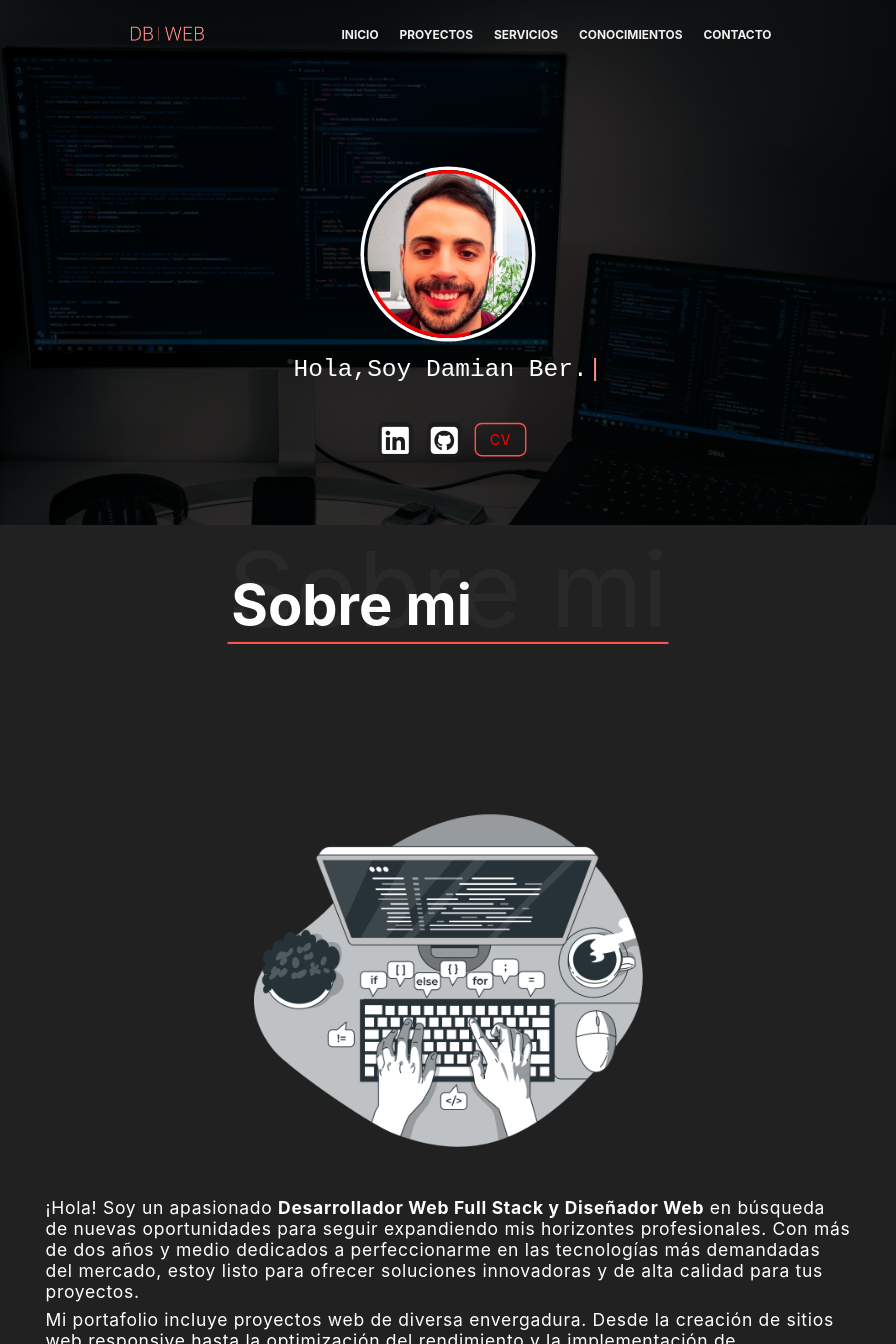
Repository: DamianBermudez94/DB-Porfolio
Page: /
An editor plug-in stored every save of this project. The page is shown before and after the next save, followed by the edit.
The browser window is 1280 px wide. The pictures show the part of the page from y = 0 to 1920 px (the page is 3240 px tall), at 70% of full size.
Backgrounds fixed to the window are drawn as part of the page. Some web libraries are served in a nearby version. The project was rebuilt for these pictures with package versions that can differ from the ones it lists, and the page was loaded fresh each time. Also part of the build but not shown: vite.config.js, src/components/Servicios/styles.css, src/components/Servicios/Service.jsx, src/pages/Servicios.jsx, src/components/Conocimientos/styles.css, src/components/Conocimientos/Conocimientos.jsx, src/pages/AcerdaDe.jsx, src/components/Contacto/styles.css and 7 more.

Above is the page before, as saved 2024-04-01 21:28:04.

### index.html
<!DOCTYPE html>
<html lang="es">
  <head>
    <meta charset="utf-8" />
    <meta name="viewport" content="width=device-width, initial-scale=1" />
    <meta name="geo.position" content="-35.1853171; -59.1479442" />
    <link
      rel="icon"
      type="image/png"
      sizes="32x32"
      href="./public/image/icons-favicon-DB.png"
    />
    <link
      rel="apple-touch-icon"
      type="image/png"
      sizes="32x32"
      href="./public/image/icons-favicon-DB.png"
    />

    <link rel="manifest" href="./src/manifiesto.json" />
    <title>Damián Bermúdez - Developer</title>
    <meta name="author" content="Damián Bermúdez" />
    <meta
      name="description"
      content="Desarrollador Web Full Stack - Diseñador Web - Paginás Web - Damián Bermúdez"
    />
    <meta name="theme-color" content="#000000" />
    <!--Estilos-->
    <script
      src="https://kit.fontawesome.com/bdbed0aafa.js"
      crossorigin="anonymous"
    ></script>
    <link rel="preconnect" href="https://fonts.gstatic.com" />
    <link rel="preconnect" href="https://fonts.gstatic.com" />
    <link rel="preconnect" href="https://fonts.gstatic.com" />
    <link rel="preconnect" href="https://fonts.gstatic.com" />
    <link
      href="https://fonts.googleapis.com/css2?family=Raleway:wght@200;300&family=Roboto:wght@100;300&display=swap"
      rel="stylesheet"
    />
  </head>
  <body>
    <div id="root"></div>
    <script type="module" defer src="/src/main.jsx"></script>
  </body>
</html>

### src/main.jsx
import ReactDOM from "react-dom/client";

import App from "./App";
import "./index.css";
const root = ReactDOM.createRoot(document.getElementById("root"));
root.render(<App />);

### src/App.jsx
import { useState, useEffect } from "react";
import { MisRutas } from "./routers/MisRutas";
import { BrowserRouter } from "react-router-dom";
import backgroundImage from "../public/image/banner-parallax2.jpg";
import "./App.css";
function App() {
  const [scrollPosition, setScrollPosition] = useState(0);

  useEffect(() => {
    const handleScroll = () => {
      setScrollPosition(window.pageYOffset);
    };

    window.addEventListener("scroll", handleScroll);

    return () => {
      window.removeEventListener("scroll", handleScroll);
    };
  }, []);

  return (
    <main className="content-main parallax-container">
      <div
        className="parallax-background"
        style={{
          backgroundImage: `url(${backgroundImage})`,
          backgroundPositionY: scrollPosition / 2 + "px",
        }}
      />
      <div className="parallax-content">
        <BrowserRouter>
          <MisRutas />
        </BrowserRouter>
      </div>
    </main>
  );
}

export default App;

### src/index.css
* {
  margin: 0;
  padding: 0;
  box-sizing: border-box;
}
body {
  font-family: -apple-system, BlinkMacSystemFont, "Segoe UI", "Roboto", "Oxygen",
    "Ubuntu", "Cantarell", "Fira Sans", "Droid Sans", "Helvetica Neue",
    sans-serif;
  -webkit-font-smoothing: antialiased;
  -moz-osx-font-smoothing: grayscale;
}

### src/routers/MisRutas.jsx
import {Routes, Route } from "react-router-dom";

import { Inicio } from "../pages/Inicio";
import { Servicios } from "../pages/Servicios";
import { AcerdaDe } from "../pages/AcerdaDe";
import { Contacto } from "../pages/contacto";
import { Proyectos } from "../pages/Proyecto";
import { Error } from "../components/Error";
import { NavHeader } from "../components/header/NavHeader";
import { Footer } from "../components/Footer/Footer";

export const MisRutas = () => {
  return (
    <div className="layout">
      {/*Header y navegacion*/}
      <NavHeader />
      {/*Contenido general*/}

      <Routes>
        <Route path="/" element={<Inicio />} />
        <Route path="/inicio" element={<Inicio />} />
        <Route path="/servicios" element={<Servicios />} />
        <Route path="/conocimientos" element={<AcerdaDe />} />
        <Route path="/contacto" element={<Contacto />} />
        <Route path="/proyecto" element={<Proyectos />} />
        <Route path="*" element={<Error />} />
      </Routes>

      {/* Footer*/}
      <Footer />
    </div>
  );
};

### src/App.css
.parallax-container {
  position: relative;
  overflow: hidden;
  color: #fff;


}
.parallax-background {
  position: absolute;
  top: 0;
  left: 0;
  width: 100%;
  height: 100%;
  background-size: cover;
  background-position: center;
  background-attachment: fixed;

}
.parallax-content {
 /* Agregamos una transición para suavizar la animación */
  padding-top: 150px;
  background-color: rgba(0, 0, 0, 0.8);
  position: relative;
  z-index: 1; /* Asegura que el contenido esté sobre la imagen de fondo */
}

### src/pages/Inicio.jsx
import { Home } from "../components/Home/Home";
export const Inicio = () => {
  return (
    <section>
      <Home />
    </section>
  );
};

### src/components/Footer/Footer.jsx

import './Footer.css'
export const Footer = () => {
  return (
    <footer className="footer">
      <div className="contenedor-footer container">
          <div className="footer-redes__sociales">
              <a href="https://www.facebook.com" className="link-redes_sociales" ><i className="fab fa-facebook facebook"></i></a>
              <a href="https://www.instagram.com" className="link-redes_sociales" ><i className="fab fa-instagram instagran"></i></a>
              <a href="https://www.linkedin.com" className="link-redes_sociales" ><i className="fab fa-linkedin linkedin"></i></a>
              <a href="https:/www.github.com" className="link-redes_sociales" ><i className="fab fa-github-square github"></i></a>
          </div>
          <hr className='footer-linea__separacion' />
          <div className="footer-text">
              <p className="title-copy">Hecho por<a className="title-footer" href="https://damianbermudezdev.es/">DB|WEB</a></p>
          </div>
      </div>
    </footer>
  )
}

### src/components/header/NavHeader.css
.header {
  height: 80px;
  width: 100%;
  max-width: 1200px;
  display: flex;
  justify-content: space-around;
  align-items: center;
  position: fixed;
  top: 0;
  right: 0;
  left: 0;
  z-index: 1000;
  padding: 50px 20px;
margin: 0 auto;
  transition: background-color 0.5s ease;
}

/* Cambiar el fondo al hacer scroll */
.header.scrolled {
  background-color: rgba(83, 83, 83, 0.9);
  border-radius: 10px;
  display: flex;
  justify-content: center;
  align-items: center;
  position: fixed;

  margin: 0 auto;
}

.nav-content {
  width: 90%;
  height: 80px;
  margin: 0 auto;
  display: flex;
  justify-content: space-around;
  padding: 5px;
  align-items: center;
}
.header .logo img {
  width: 150px;
  height: 100px;
  object-fit: cover;
}

.header nav ul {
  display: flex;
  justify-content: center;
  align-items: center;
  list-style: none;
}
.header li {
  text-decoration: none;
  text-transform: uppercase;
  font-size: 17px;
  font-weight: bold;
  margin: 15px;
}
.header li a {
  text-decoration: none;
  transition: all 300ms;
  color: #f1f1f1;
}
.header .active,
.header a:hover {
  color: rgb(255, 80, 80);
}

.header .btn-menu {
  display: none;
}
@media screen and (max-width: 960px) {
  .header {
    max-width: 900px;
  }

  .header .logo img {
    width: 200px;
    height: 150px;
  }

  .menu {
    list-style-type: none;
    margin: 0;
    padding: 0;
    transform: translateY(-100%);
    transition: transform 0.5s ease-in-out;
    position: fixed;
    top: 150px;
    left: 0%;
    width: 100%;
    height: 100vh;
    width: 100%;
    display: flex;
    flex-direction: column;
    align-items: center;
    justify-content: center;
    height: 0;
    overflow: hidden;
    background-color: rgba(255, 255, 255, 0);
    backdrop-filter: blur(19px);
  }

  .menu.active {
    transform: translateY(0);
    width: 100%;
    height: 100vh;
    bottom: 10px;
    display: block;
    margin: 0 auto;
  }

  .menu ul {
    flex-direction: column;
    align-items: center;
    justify-content: center;
  }

  .menu li {
    width: 100%;
    margin: 10px auto;
    border-bottom: 1px solid rgb(255, 1, 1);
    margin: 10px 0;
    transform: translateY(-50px);
    opacity: 0;
    transition: transform 0.5s ease, opacity 0.5s ease;
  }
  .menu.active li {
    transform: translateY(0);
    opacity: 1;
    padding: 10px;
  }
  .menu a {
    text-decoration: none;
    color: #fff;
    font-size: 20px;
    transition: color 0.3s;
  }
  .menu a:hover {
    color: #ffd700;
  }
}
@media screen and (max-width: 480px) {
  .header {
    padding: 50px;

  }
  .header .logo img {
    width: 150px;
    height: 100px;
  }
}

### src/components/header/burgerButton.jsx
/* eslint-disable react/prop-types */

import styled from "styled-components";

function BurguerButton(props) {
  return (
    <Burguer>
      <div
        onClick={props.handleClick}
        className={`btn-menu nav-icon-5 ${props.clicked ? "open" : ""}`}
      >
        <span></span>
        <span></span>
        <span></span>
      </div>
    </Burguer>
  );
}

export default BurguerButton;

const Burguer = styled.div`
  /* nav-icon-5 */
  .nav-icon-5 {
    width: 35px;
    height: 30px;
    position: relative;
    cursor: pointer;
    display: flex;
    margin: 25px auto;
  }
  .nav-icon-5 span {
    background-color: #fff;
    position: absolute;
    border-radius: 2px;
    transition: 0.3s cubic-bezier(0.8, 0.5, 0.2, 1.4);
    width: 100%;
    height: 4px;
    transition-duration: 500ms;
  }
  .nav-icon-5 span:nth-child(1) {
    top: 0px;
    left: 0px;
  }
  .nav-icon-5 span:nth-child(2) {
    top: 13px;
    left: 0px;
    opacity: 1;
  }
  .nav-icon-5 span:nth-child(3) {
    bottom: 0px;
    left: 0px;
  }
  .nav-icon-5:not(.open):hover span:nth-child(1) {
    transform: rotate(-3deg) scaleY(1.1);
  }
  .nav-icon-5:not(.open):hover span:nth-child(2) {
    transform: rotate(3deg) scaleY(1.1);
  }
  .nav-icon-5:not(.open):hover span:nth-child(3) {
    transform: rotate(-4deg) scaleY(1.1);
  }
  .nav-icon-5.open span:nth-child(1) {
    transform: rotate(45deg);
    top: 13px;
  }
  .nav-icon-5.open span:nth-child(2) {
    opacity: 0;
  }
  .nav-icon-5.open span:nth-child(3) {
    transform: rotate(-45deg);
    top: 13px;
  }
  @media screen and (min-width: 960px) {
    .btn-menu {
      display: none;
    }
  }
`;

### src/components/Footer/Footer.css
.footer {
  min-height: 120px;
  line-height: 7px;
  text-align: center;
  font-size: 22px;
  padding: 45px;
  background-color: #212121;
}

.contenedor-footer {
  display: flex;
  flex-direction: column;
  justify-content: center;
  align-content: center;
  margin: 0 auto;
  padding: 20px;
}
.footer-text {
  display: flex;
  justify-content: center;
  align-items: center;
  padding: 10px;
  margin-top: 20px;
}
.title-copy {
  text-align: center;
  font-size: 26px;
  font-weight: 300;
}
.title-footer {
  text-decoration: none;
  color: rgb(252, 136, 136);
  margin-left: 5px;
}
.footer-linea__separacion{
  height: 1px;
  width: 100%;
  max-width: 700px;
  margin: 0 auto;


}
body.dark .title-copy {
  color: #f1f1f1;
}

.footer-redes__sociales {
  display: flex;
  justify-content: center;
  align-items: center;
  text-align: center;
  margin-bottom: 10px;
}
.link-redes_sociales {
  text-decoration: none;
  width: 50px;
  height: 50px;
  margin: 10px;
  color: rgb(255, 255, 255);
  background-color: rgb(28, 28, 28);
  border-radius: 10px;
  text-align: center;
  position: relative;
  transition: transform 0.4s;
  font-size: 26px;
  padding: 4px;
}
.link-redes_sociales:hover {
  transform: rotate(45deg);
}
.link-redes_sociales::before {
  content: "";
  position: absolute;
  width: 100%;
  height: 100%;
  opacity: 0;
  background-color: #373737;
  border-radius: 10px;
  transition: opacity 0.2s;
}
.link-redes_sociales:hover::before {
  opacity: 0.4;
}
.link-redes_sociales:nth-child(1)::before {
  background-color: rgb(255, 80, 80);
}
.link-redes_sociales:nth-child(2)::before {
  background-color: rgb(255, 80, 80);
}
.link-redes_sociales:nth-child(3)::before {
  background-color: rgb(255, 80, 80);
}
.link-redes_sociales:nth-child(4)::before {
  background-color: rgb(255, 80, 80);
}

.link-redes_sociales:hover::before {
  transform: translate(-4px, -4px);
  filter: blur(10px);
}

.link-redes_sociales i {
  font-size: 1.7em;
  transition: all 0.4s;
}
.link-redes_sociales:hover i {
  color: #f1f1f1;
  transform: rotate(-45deg);
}

body.dark .redes-sociales i {
  color: #f1f1f1;
}

### src/components/TextoCustom/CustomText.jsx
/* eslint-disable react/prop-types */
import  { useState, useEffect } from 'react';
import './styles.css';

const CustomText = ({ words, typingDelay = 200, changingDelay = 3000 }) => {
  const [index, setIndex] = useState(0);
  const [subIndex, setSubIndex] = useState(0);
  const [reverse, setReverse] = useState(false);

  // Efecto para manejar la escritura y eliminación de las palabras
  useEffect(() => {
    if (subIndex === words[index].length + 1 && !reverse) {
      setReverse(true);
      return;
    }

    if (subIndex === 0 && reverse) {
      setReverse(false);
      setIndex((prev) => (prev + 1) % words.length);
      return;
    }

    const timeout = setTimeout(() => {
      setSubIndex((prev) => prev + (reverse ? -1 : 1));
    }, typingDelay);

    return () => clearTimeout(timeout);
  }, [subIndex, index, reverse]);

  // Efecto para cambiar la palabra después de un cierto tiempo
  useEffect(() => {
    if (!reverse) {
      return;
    }

    const timeout = setTimeout(() => {
      setReverse(false);
      setIndex((prev) => (prev + 1) % words.length);
    }, changingDelay);

    return () => clearTimeout(timeout);
  }, [reverse]);

  return (
    <div className="typewriter">
      <span>{`${words[index].substring(0, subIndex)}${reverse ? '.' : ' '}`}</span>
    </div>
  );
};

export default CustomText;

### src/components/Home/styles.css
/**Estilos Home- Principal**/

.home-welcome {
  width: 100%;
  height: 600px;
  display: flex;
  flex-direction: column;
  justify-content: space-around;
  align-items: center;
  padding: 20px;
}
.container-home {
  width: 100%;
}
.container-home img {
  display: flex;
  justify-content: center;
  width: 250px;
  height: 250px;
  padding: 5px;
  margin: 0 auto;
  position: relative;
  border: solid 5px transparent;
}
.container-home figure {
  display: flex;
  justify-content: center;
  width: 250px;
  height: 250px;
  padding: 5px;
  margin: 0 auto;
  position: relative;
  border: 5px solid;
  border-radius: 50%;
  place-content: center;
  place-items: center;
  overflow: hidden;
}
.container-home figure::before {
  content: "";
  position: absolute;
  width: 150px;
  background-image: linear-gradient(360deg, rgb(241, 0, 0), rgb(255, 0, 0));
  height: 130%;
  animation: rotBGimg 3s linear infinite;
  transition: all 0.2s linear;
}

@keyframes rotBGimg {
  from {
    transform: rotate(0deg);
  }

  to {
    transform: rotate(360deg);
  }
}

.container-redes_inicio {
  display: block;
  padding-top: 25px;
  display: flex;
  align-items: center;
  justify-content: center;
}

.btn-cv {
  max-width: 100px;
  text-decoration: none;
  display: flex;
  justify-content: center;
  font-size: 20px;
  cursor: pointer;
  letter-spacing: 1px;
  color: rgb(255, 0, 0);
  background-color: transparent;
  outline: 2px solid rgb(255, 80, 80);
  border: none;
  border-radius: 8px;
  padding: 10px 20px;
  margin-left: 10px;
  position: relative;
  top: 0px;
  overflow: hidden;
  transition: color 1s;
}

.btn-cv:hover {
  color: #ffffff;
  z-index: 1;
}

.btn-cv::before {
  content: "";
  position: absolute;
  top: 0;
  left: -50px;
  width: 250%;
  height: 100%;
  background-color: rgba(255, 85, 85, 0.5);
  border: none;
  outline: 3px solid rgb(0, 0, 0);
  transform: scaleX(0) skewX(35deg);
  transform-origin: left;
  z-index: -1;
  transition: transform 1s;
}

.btn-cv:hover::before {
  transform: scaleX(1) skewX(35deg);
}
.content-proyectos__inicio {
  display: flex;
  justify-content: center;
  align-items: center;
  flex-direction: column;
  padding: 50px;
}

.content-proyectos__inicio h2 {
  margin-bottom: 80px;
  font-size: 40px;
  text-align: center;
}
@media (max-width: 960px) {
  .home .title-welcome .title-custom {
    width: 100%;
  }
  .title-welcome span {
    width: 100%;
  }
}

@media (max-width: 670px) {
  .title-welcome {
    margin-left: 20px;
  }
  .container-redes_inicio {
    padding: 5px;
    margin-left: 0px;
  }
}
@media (max-width: 480px) {
  .title-welcome {
    margin-left: 20px;
  }
  .container-redes_inicio {
    padding: 5px;
    margin-left: 0px;
  }
  .container-redes_inicio {
    flex-wrap: wrap;
  }
}

/**Estilos section Sobre mi**/
.section-me {
  padding: 60px;
  margin: 0 auto;
  display: flex;
  flex-direction: column;
  justify-content: center;
  align-items: center;
  background-color: #212121;
}

.section-me .title-sobre__me {
  margin: 0;
  padding: 5px;
  font-size: 80px;
  color: rgb(255, 255, 255);
  border-bottom: 3px solid rgb(255, 80, 80);
}
.section-me .sub-title {
  position: relative;
  opacity: 0.04;
  font-size: 150px;
  top: -170px;
  right: 0;
  color: rgb(253, 214, 214);
  overflow: hidden;
}
.container-me {
  width: 100%;
  display: grid;
  grid-template-columns: repeat(2, 1fr);

  justify-content: center;
  align-items: center;
  margin: 0 auto;
}
.container-me li {
  list-style: none;
}

.section-me figure {
  margin: 0 auto;
  width: 600px;
}

.container-me img {
  width: 100%;
  max-width: 600px;
  margin: 0 auto;
}
.section-me ul {
  display: grid;
  grid-template-rows: repeat(2, 1fr);
  justify-content: center;
}
.section-me p {
  margin: 0 auto;
  padding: 5px;
  font-size: 25px;
  letter-spacing: 1px;
  overflow: hidden;
}
.section-me ul li span {
  font-size: 80px;
}

.container-me .enlace-contacto {
  width: 300px;
  text-decoration: none;
  color: #fa9484;
  position: relative;
  display: grid;
  grid-column: span 2;
  padding: 15px;
  margin: 50px auto 50px;
  text-align: center;
  opacity: 1;
}

.enlace-contacto {
  position: relative;
  display: inline-block;
  padding: 12px 24px;
  border: none;
  font-size: 16px;
  background-color: inherit;
  border-radius: 100px;
  font-weight: 600;
  color: #ffffff40;
  box-shadow: 0 0 0 2px #ffffff20;
  cursor: pointer;
  overflow: hidden;
  transition: all 0.6s cubic-bezier(0.23, 1, 0.32, 1);
}

.enlace-contacto span:last-child {
  position: absolute;
  top: 50%;
  left: 50%;
  transform: translate(-50%, -50%);
  width: 20px;
  height: 20px;
  background-color: rgb(252, 98, 98);
  border-radius: 50%;
  opacity: 0;
  transition: all 0.8s cubic-bezier(0.23, 1, 0.32, 1);
}

.enlace-contacto span:first-child {
  width: 100%;
  position: relative;
  z-index: 1;
  font-size: 20px;
}

.enlace-contacto:hover {
  box-shadow: 0 0 0 5px #f3212160;
  color: #ffffff;
}

.enlace-contacto:active {
  scale: 0.95;
}

.enlace-contacto:hover span:last-child {
  width: 100%;
  height: 200px;
  opacity: 1;
}

.square {
	position: absolute;
	top: 50%;
	left: 50%;
	transform: translate(-50%, -50%);
	width: 50px;
	height: 50px;
	background: linear-gradient(#f70000, #757575);
	z-index: 2;
}

.circle {
	position: absolute;
	top: 50%;
	left: 50%;
	transform: translate(-50%, -50%);
	width: 50px;
	height: 50px;
	background: #d91c1c;
	border-radius: 50%;
}

.triangle {
	position: absolute;
	top: 50%;
	left: 50%;
	transform: translate(-50%, -50%);
	width: 50px;
	height: 50px;
	background: #f5f5f5;
	clip-path: polygon(50% 0%, 0% 100%, 100% 100%);
	-webkit-clip-path: polygon(50% 0%, 0% 100%, 100% 100%);
}

@media (max-width: 1280px) {
  .section-me div {
    display: block;
  }
}

@media (max-width: 780px) {
  .section-me {
    padding: 20px;
  }
  .section-me ul {
    text-align: center;
  }
  .section-me ul li span {
    font-size: 80px;
  }
  .section-me figure {
    max-width: 300px;
  }
  .section-me img {
    width: 300px;
    height: 300px;
  }
  .section-me .title-sobre__me {
    font-size: 45px;
  }
  .section-me .sub-title {
    font-size: 100px;
    top: -110px;
  }
}
@media (max-width: 480px) {
  .section-me .title-sobre__me {
    margin-top: 50px;
    font-size: 45px;
  }
  .section-me .sub-title {
    font-size: 80px;
    top: -100px;
  }
}

/**--Seccion motivos--**/

.article-section__motivos {
  width: 100%;
  padding: 50px;
  border-radius: 10px;
  margin: 50px auto;
  display: grid;
  grid-template-columns: repeat(3, 1fr);
  gap: 20px;
}

.article-section__motivos h2 {
  grid-column: span 3;
  text-align: center;
  margin-bottom: 50px;
  font-size: 60px;
}

.article-section__motivos article {
  display: flex;
  justify-content: center;
  align-items: center;
  flex-direction: column;
  margin-bottom: 20px;
  width: 300px;
  height: 400px;
  background-color: #212121;
  border-radius: 30px 0px 30px 0px;
  padding: 10px;
  margin: 0 auto;
}

.article-section__motivos h3 {
  font-size: 2.5em;
  margin-bottom: 10px;
  text-align: center;
  font-weight: bold;
}

.article-section__motivos p {
  line-height: 1.5;
  padding: 5px;
}

### src/components/TextoCustom/styles.css
.typewriter span {

    display: flex;
    align-items: center;
    justify-content: center;
    font-size: 35px;
    font-family: monospace;
    overflow: hidden;
    white-space: nowrap;
    padding: 20px;
  }

  .typewriter span:after {
    content: '|';
    animation: blink-caret .75s step-end infinite;
    color: #fa9484;
  }

  @keyframes blink-caret {
    from, to { border-color: transparent }
    50% { border-color: black }
  }

  @media (max-width: 780px) {
    .typewriter span {
       font-size: 30px;
      }
  }
  @media (max-width: 780px) {
    .typewriter span {
       font-size: 20px;
      }
  }

Loaded but not shown: src/components/Home/Home.jsx (147 lines, source omitted); src/components/header/NavHeader.jsx (99 lines, source omitted)

After the next save:
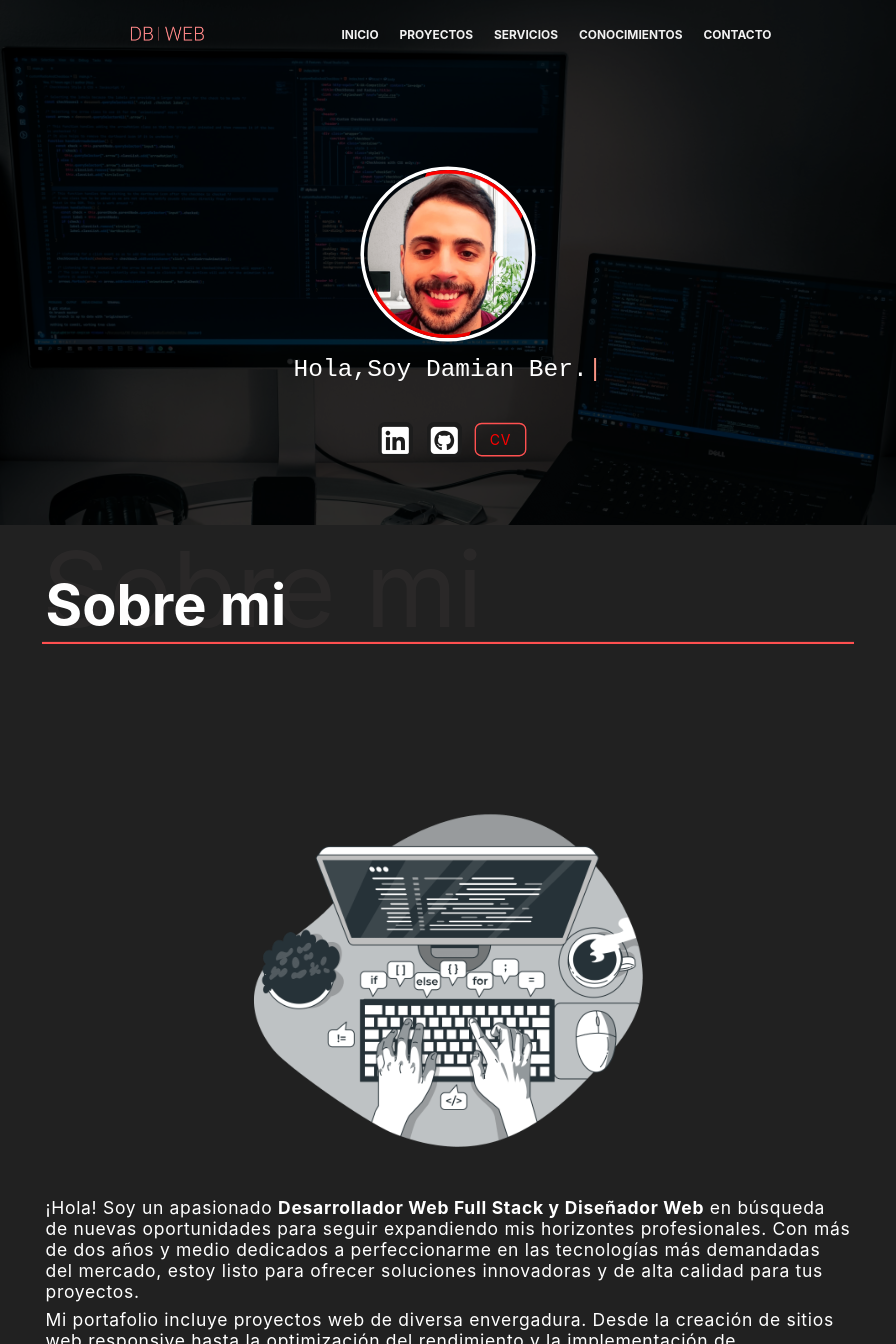
Saved 65 s later.
--- a/src/components/Home/styles.css
+++ b/src/components/Home/styles.css
@@ -163,6 +163,9 @@
   align-items: center;
   background-color: #212121;
 }
+.content-title{
+  width: 100%;
+}
 
 .section-me .title-sobre__me {
   margin: 0;
